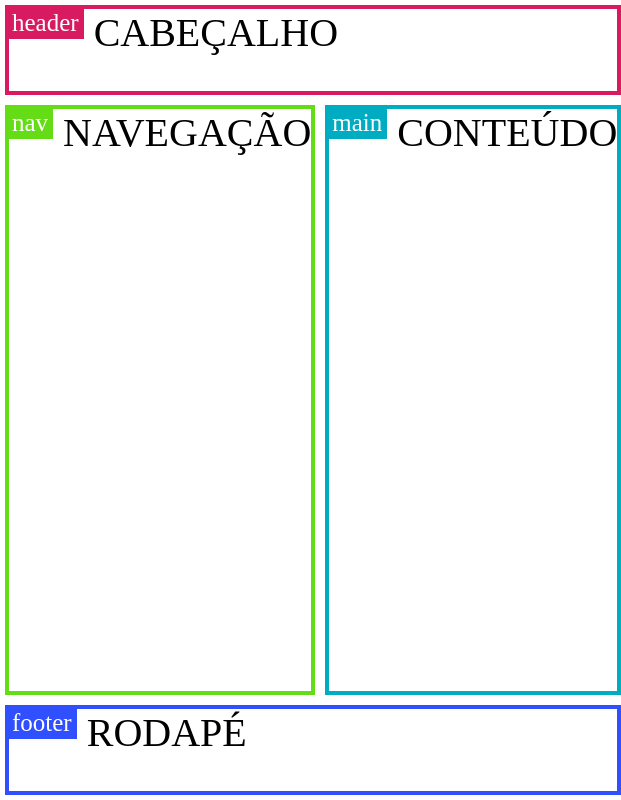
Repository: eversonps/flexbox-grid-css
Page: grid/cssgrid3.html
An editor plug-in stored every save of this project. The page is shown before and after the next save, followed by the edit.
The browser window is 600 px wide. The page is 621 px wide, so the pictures cover 621 px, including what lies to the right of the window. The pictures show the whole page.

Above is the page before, as saved 2022-03-23 17:00:48.

After the next save:
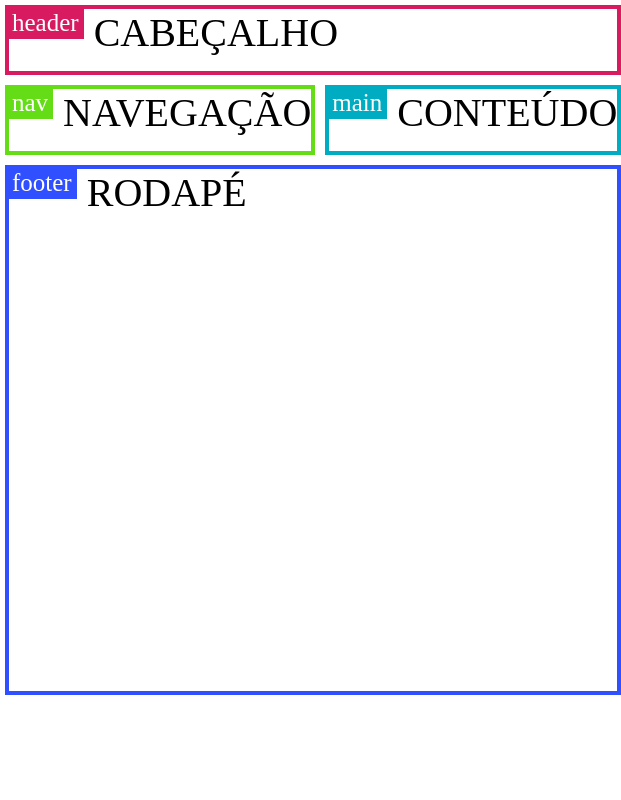
Saved 20 s later.
--- a/grid/cssgrid3.html
+++ b/grid/cssgrid3.html
@@ -41,6 +41,7 @@
         @media(max-width: 700px){
             body{
                 grid-template-columns: 1fr;
+                grid-template-rows: 80px 80px 1fr 100px;
             }
         }
     </style>
